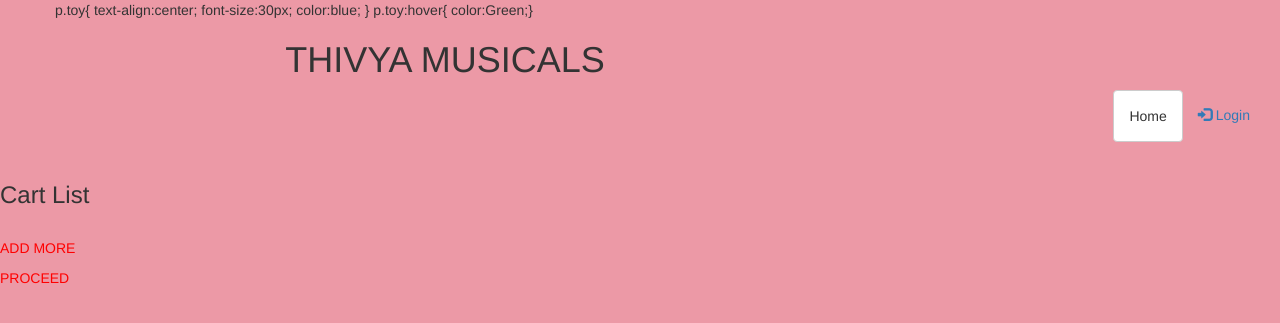
Repository: jack-1195/project2
Page: http://localhost/ShopingCartFrontEnd/WEB-INF/views/cart.jsp
An editor plug-in stored every save of this project. The page is shown before and after the next save, followed by the edit.
The browser window is 1280 px wide. The pictures show the whole page.
The page is served by Tomcat 9. Nobody is signed in. Other server files are loaded and not shown. The template is opened directly, without the code that normally fills it, so the values that code supplies are empty.

Above is the page before, as saved 2016-08-23 06:54:42.

### changes/ShopingCartFrontEnd/src/main/webapp/WEB-INF/views/cart.jsp
<%@ taglib uri="http://java.sun.com/jsp/jstl/core" prefix="c"%>
<%@ taglib uri="http://www.springframework.org/tags" prefix="spring"%>
<%@ taglib uri="http://www.springframework.org/tags/form" prefix="form"%>
<%@ page session="false"%>
<%@include file="Header.jsp" %>
<link rel="stylesheet"	href="http://maxcdn.bootstrapcdn.com/bootstrap/3.3.6/css/bootstrap.min.css">
<script	src="https://ajax.googleapis.com/ajax/libs/jquery/1.12.2/jquery.min.js"></script>
<script	src="http://maxcdn.bootstrapcdn.com/bootstrap/3.3.6/js/bootstrap.min.js"></script>
<body background="<c:url value="/resources/images/sda.jpg" />" >
<html>
<head>
<meta http-equiv="Content-Type" content="text/html; charset=ISO-8859-1">
<title>Add Cart</title>
<style type="text/css">


.tg {
	border-collapse: collapse;
	border-spacing: 0;
	border-color: #ccc;
}

.tg td {
	font-family: Arial, sans-serif;
	font-size: 14px;
	padding: 10px 5px;
	border-style: solid;
	border-width: 1px;
	overflow: hidden;
	word-break: normal;
	border-color: #ccc;
	color: #333;
	background-color: #fff;
}

.tg th {
	font-family: Arial, sans-serif;
	font-size: 14px;
	font-weight: normal;
	padding: 10px 5px;
	border-style: solid;
	border-width: 1px;
	overflow: hidden;
	word-break: normal;
	border-color: #ccc;
	color: #333;
	background-color: #f0f0f0;
}

.tg .tg-4eph {
	background-color: #f9f9f9
}
#bg {
  position: fixed;
  top: -50%;
  left: -50%;
  width: 200%;
  height: 200%;
}
#bg img {
  position: absolute;
  top: 0;
  left: 0;
  right: 0;
  bottom: 0;
  margin: auto;
  min-width: 50%;
  min-height: 50%;
}
</style>
</head>
<%-- <%@include file="Header.jsp" %>
 --%>


 </div>	<br>
	<h3>Cart List</h3>
	<c:if test="${!empty cartList}">
		<table class="tg">
			<tr>
				<th width="80">Cart ID</th>
				<th width="120">Product Name</th>
				<th width="120">Price</th>

				<th width="60">UserID</th>
			</tr>
			<c:forEach items="${cartList}" var="cart">
				<tr>
					<td>${cart.id}</td>
					<td>${cart.productName}</td>
					<td>${cart.price}</td>

					<td>${cart.userID}</td>

					<td><a href="<c:url value='cart/remove/${cart.id}' />">Delete</a></td>
				</tr>
			</c:forEach>
		</table>
	</c:if>
	<br>
	<c:if test="${!empty name}">
	</c:if>
	   <p><a href="<c:url value='/${name}'/>"style="color:red;">ADD MORE</a><p>

	   <p><a href="<c:url value='pay'/>"style="color:red;">PROCEED</a><p>

</body>
</html>

### changes/ShopingCartFrontEnd/src/main/webapp/WEB-INF/views/Header.jsp
<%@ page language="java" contentType="text/html; charset=ISO-8859-1"
    pageEncoding="ISO-8859-1"%>
<!DOCTYPE html>
<%@taglib uri="http://www.springframework.org/tags/form" prefix="form"%>
<%@taglib uri="http://java.sun.com/jsp/jstl/core" prefix="c"%>
<html lang="en">
<head>
<title>Login Page</title>
<meta charset="utf-8">
<meta name="viewport" content="width=device-width, initial-scale=1">
<link rel="stylesheet"	href="http://maxcdn.bootstrapcdn.com/bootstrap/3.3.6/css/bootstrap.min.css">
<script	src="https://ajax.googleapis.com/ajax/libs/jquery/1.12.2/jquery.min.js"></script>
<script	src="http://maxcdn.bootstrapcdn.com/bootstrap/3.3.6/js/bootstrap.min.js"></script>
<body background="<c:url value="/resources/images/pin.jpg" />">
<style>
    /* Add a gray background color and some padding to the footer */
    footer {
      background-color: #f2f2f2;
      padding: 25px;
    }

    .carousel-inner img {
      width: 100%; /* Set width to 100% */
      min-height: 200px;
    }

    /* Hide the carousel text when the screen is less than 600 pixels wide */
    @media (max-width: 600px) {
      .carousel-caption {
        display: none;
      }
    }
  </style>
</head>
<body background="<c:url value="/resources/images/background2.jpg" />" >
<div class="container">
	<div class="row">


</style>
p.toy{
text-align:center;
font-size:30px;
color:blue;

}
p.toy:hover{
color:Green;}


			<div class="col-sm-8">
			   <h1>  <p class="text-center">THIVYA MUSICALS </h1>

			</div>

			</div>
	</div>

  <div class="container-fluid">
    <div class="navbar-header">
      <button type="button" class="navbar-toggle" data-toggle="collapse" data-target="#myNavbar">

        <span class="icon-bar"></span>
        <span class="icon-bar"></span>
      </button>

    </div>
    <div class="collapse navbar-collapse" id="myNavbar">



      <ul class="nav navbar-nav navbar-right">
      <li><a href="go" class="btn btn-default" role="button">Home</a></li>
        <li><a href="login.jsp"><span class="glyphicon glyphicon-log-in"></span> Login</a></li>
      </ul>
    </div>
  </div>
</nav>

After the next save:
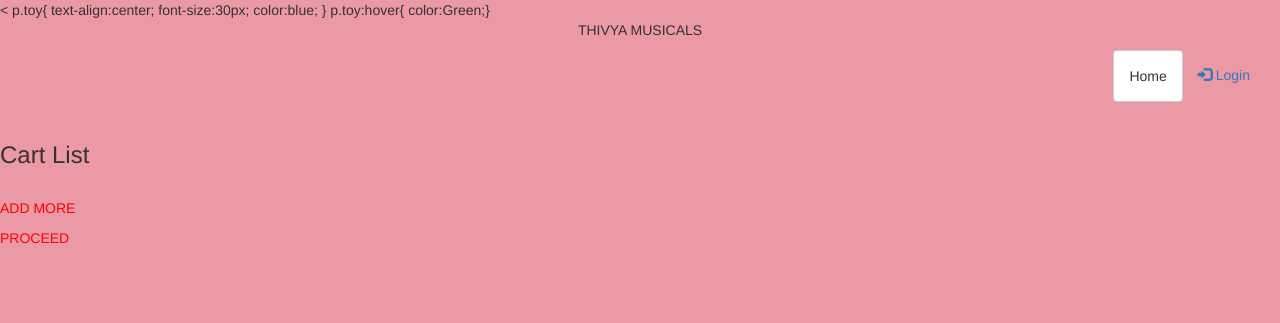
Saved 2 min 44 s later.
--- a/changes/ShopingCartFrontEnd/src/main/webapp/WEB-INF/views/Header.jsp
+++ b/changes/ShopingCartFrontEnd/src/main/webapp/WEB-INF/views/Header.jsp
@@ -33,12 +33,7 @@
   </style>
 </head>
 <body background="<c:url value="/resources/images/background2.jpg" />" >
-<div class="container">
-	<div class="row">
-
-
-</style>
-p.toy{
+<	p.toy{
 text-align:center;
 font-size:30px;
 color:blue;
@@ -46,15 +41,17 @@ color:blue;
 }
 p.toy:hover{
 color:Green;}
+<body>
+<header class="header">
+
+ <p class="text-center">THIVYA MUSICALS </p>
+</style>
 
 
-			<div class="col-sm-8">
-			   <h1>  <p class="text-center">THIVYA MUSICALS </h1>
 
-			</div>
 
-			</div>
-	</div>
+
+
 
   <div class="container-fluid">
     <div class="navbar-header">
